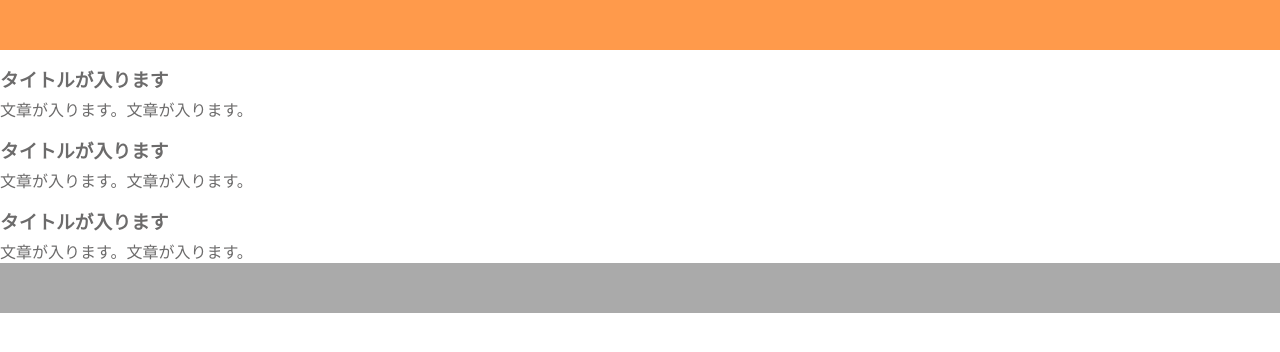
Repository: Yuki-Kawagoe/chapter4
Page: chapter9/index.html
The author's editor kept a record of every edit. The page is drawn from the files as they stood at one moment, then again after the next edit.
The browser window is 1280 px wide. The pictures show the whole page.

Above is the page before.

After the next edit:
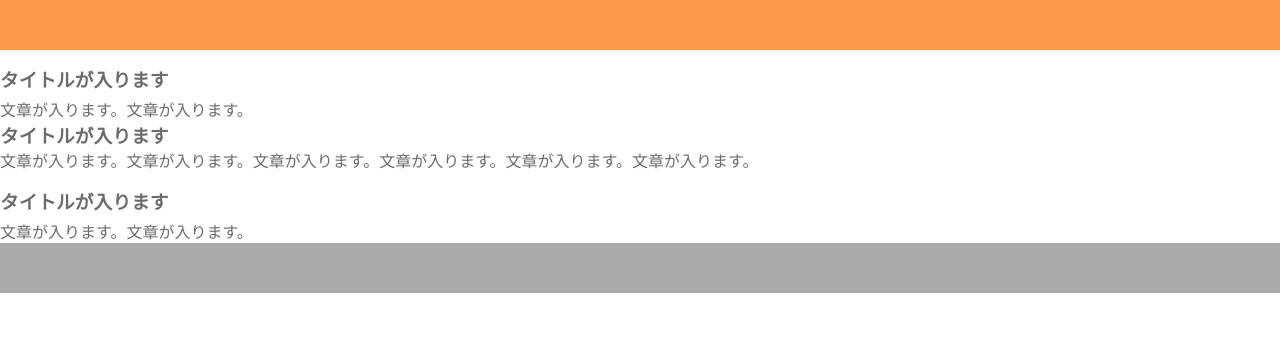
The edit:
--- a/chapter9/index.html
+++ b/chapter9/index.html
@@ -22,8 +22,9 @@
       <div class="step-img">
 
 
-        <h3 class="main-title">タイトルが入ります</h3>
-          <p class="main-text">文章が入ります。文章が入ります。</p>
+        <h3 class="box-title">タイトルが入ります</h3>
+          <p class="box-text">文章が入ります。文章が入ります。文章が入ります。文章が入ります。文章が入ります。文章が入ります。</p>
+      </div>
     </div>
 
     <div class="step-box33">
